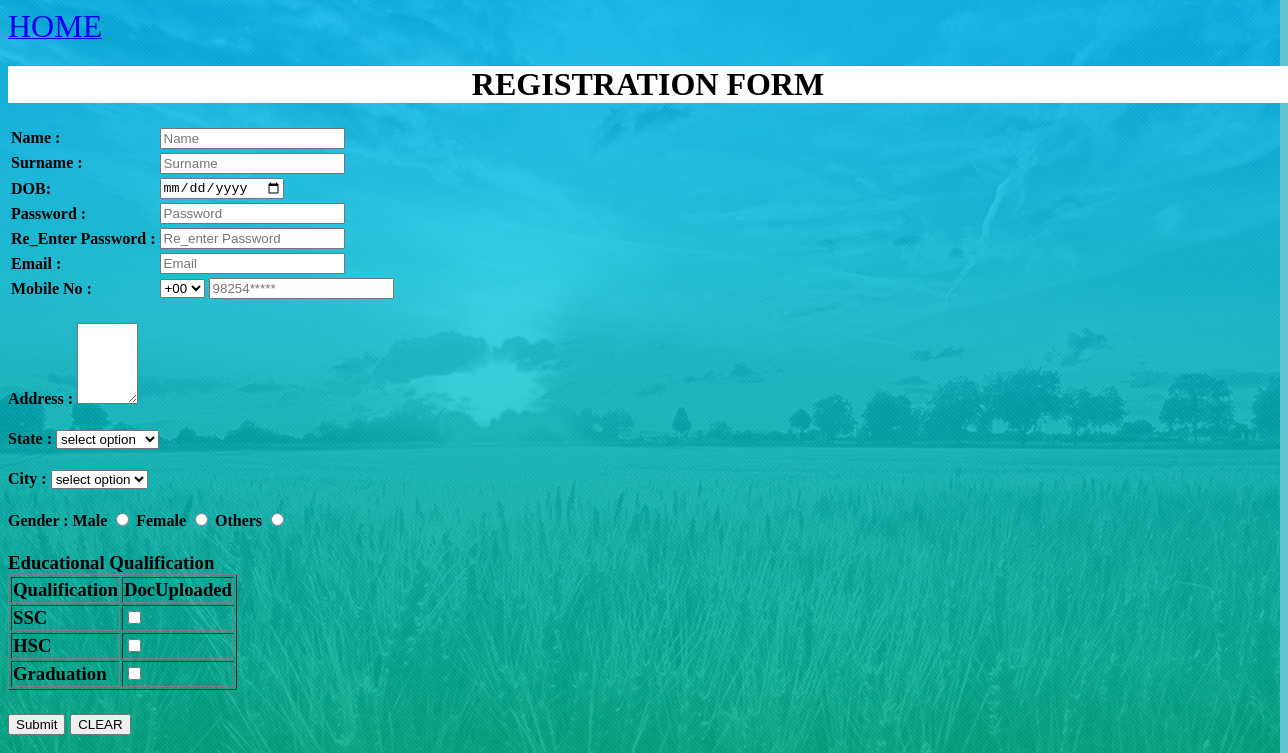
Repository: AJEET006/AdvanceJava-DSA
Page: ADVANCE_JAVA/HW_Example/WebContent/RegistrationForm.html
The author's editor kept a copy of each file at every save. The page is drawn from the files as they stood at one save, then again after the next save.
The browser window is 1280 px wide. The page is 1288 px wide, so the pictures cover 1288 px, including what lies to the right of the window. The pictures show the whole page.

Above is the page before, as saved 2022-06-22 03:16:11.

### ADVANCE_JAVA/HW_Example/WebContent/RegistrationForm.html
<!DOCTYPE html>
<html>
<head>
<meta charset="ISO-8859-1">
<style>
	body{background-image:url("./regis4.jpg"); height: 200%;width:100%;background-repeat: no-repeat;
	background-size: cover;}
</style>
<title>Insert title here</title>
</head>
<body style="background-color: rgb(100, 193, 209);">
	<a href="Firstpage.html"><font size="6" style="border-width: medium;">HOME</font></a>
	<form>
		<h1 style="background-color: background;">
			<bg>
			<center>REGISTRATION FORM</center>
			</bg>
		</h1>
		<h4>
		<table>

			<tr>
				<td>Name :</td>

				<td><input type="text" placeholder="Name" name="" /></td>
			</tr>

			<tr>
				<td>Surname :</td>
				<td><input type="text" placeholder="Surname" surname="" /></td>
			</tr>

			<tr>
				<td>DOB:</td>
				<td><input type="date" placeholder="DOB" date="" /></td>
			</tr>

			<tr>
				<td>Password :</td>
				<td><input type="password" placeholder="Password" password=""/></td>
			</tr>

			<tr>
			<td> Re_Enter Password :</td>
			<td><input type="password" placeholder="Re_enter Password" password=""/></td>
			</tr>

			<tr>
			<td>  Email :</td>
			<td><input type="email" placeholder="Email" email="" /></td>
			</tr>

			<tr>
				<td> Mobile No :</td>
				<td>
					<select>
							<option>+00</option>
							<option>+91</option>
							<option>+92</option>
							<option>+93</option>
							<option>+94</option>
							<option>+95</option>
							<option>+96</option>
							<option>+97</option>
					</select>
					<input type="Mobile No" placeholder="98254*****" name="">
				</td>
			</tr>

		</table>
		<h4>
		<h4>
			Address :
			<textarea rows="5" cols="5"></textarea>
		</h4>
		<h4>
			State :
			<select name="State">
				<option>select option</option>
				<option>Uttar pradesh</option>
				<option>Maharashtra</option>
				<option>Rajasthan</option>
				<option>Punjab</option>
				<option>Bihar</option>

			</select>
		</h4>
		<h4>
			City :
			<select name="City">
				<option>select option</option>
				<option>Prayagraj</option>
				<option>Pune</option>
				<option>Chennai</option>
				<option>Hydarabad</option>
				<option>Darbhanga</option>

			</select>
		</h4>



		<h4>
			Gender :
			Male <input type="radio" name="gender" />
			Female <input type="radio" name="gender" />
			Others <input type="radio" name="gender" />

		</h4>
		<h3>
			Educational Qualification
			<table border="1">
				<tr>
					<th>Qualification</th>
					<th>DocUploaded</th>

				</tr>
				<tr>
					<td>SSC</td>
					<td><input type="checkbox" name="SSC"></td>
				</tr>
				<tr>
					<td>HSC</td>
					<td><input type="checkbox" name="HSC"></td>
				</tr>
				<tr>
					<td>Graduation</td>
					<td><input type="checkbox" name="Graduation"></td>
				</tr>
			</table>
			<br /> <input type="submit" value="Submit" name="">

				 <input type="button" value="CLEAR" name="">

		</h3>


	</form>

</body>
</html>

After the next save:
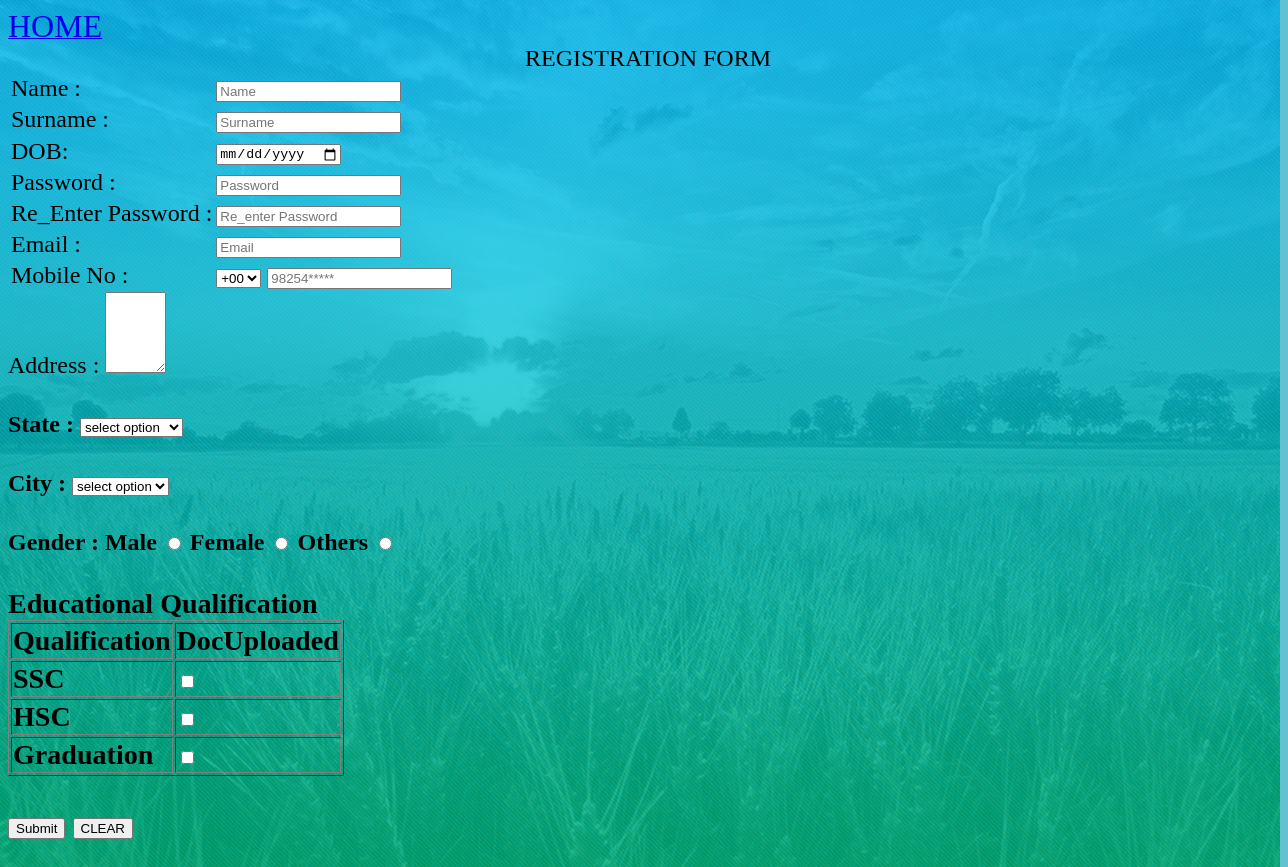
Saved 90 s later.
--- a/ADVANCE_JAVA/HW_Example/WebContent/RegistrationForm.html
+++ b/ADVANCE_JAVA/HW_Example/WebContent/RegistrationForm.html
@@ -11,12 +11,12 @@
 <body style="background-color: rgb(100, 193, 209);">
 	<a href="Firstpage.html"><font size="6" style="border-width: medium;">HOME</font></a>
 	<form>
-		<h1 style="background-color: background;">
+		<font size="5" style="background-color: background;">
 			<bg>
 			<center>REGISTRATION FORM</center>
 			</bg>
-		</h1>
-		<h4>
+		</font>
+		<font size="5">
 		<table>
 
 			<tr>
@@ -68,8 +68,8 @@
 			</tr>
 
 		</table>
-		<h4>
-		<h4>
+		</font>
+		<font size="5">
 			Address :
 			<textarea rows="5" cols="5"></textarea>
 		</h4>
